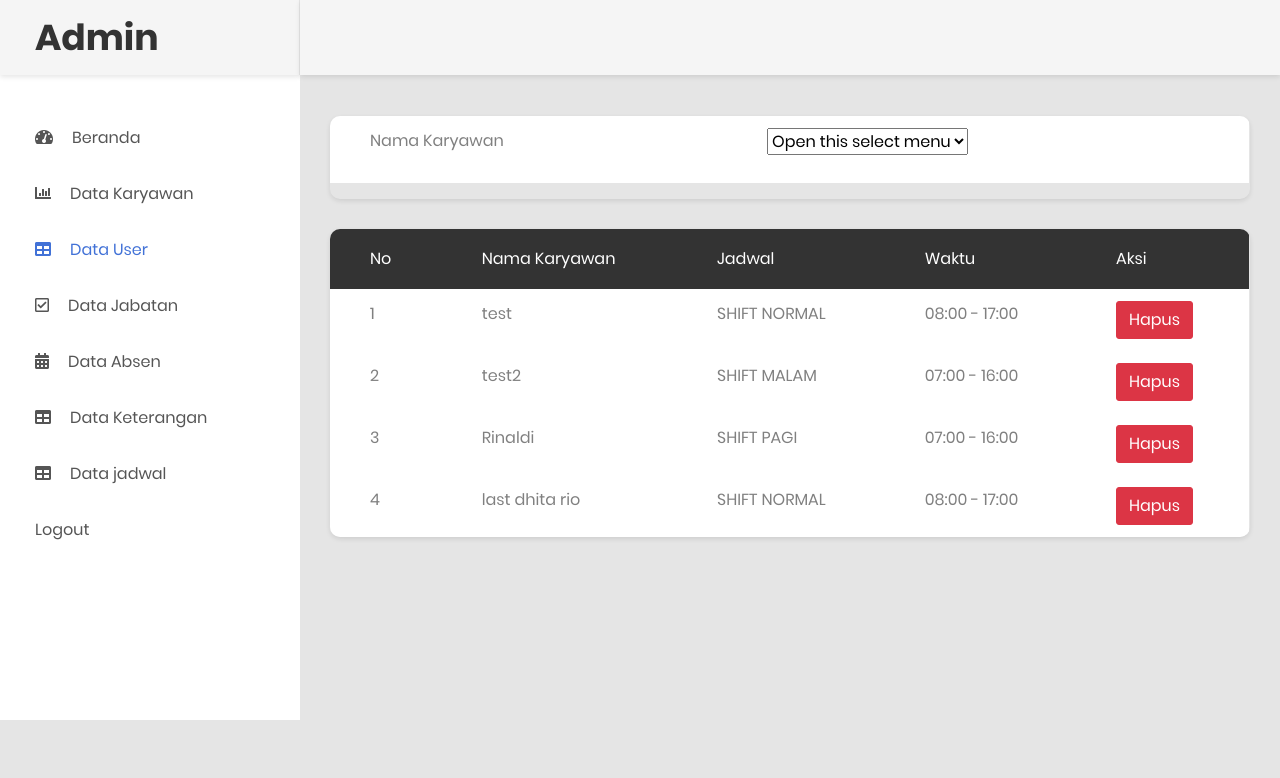
Repository: naldi23bob/Absen2
Page: http://localhost/datajadwal.php
These files come from the project's save history. The page is drawn as it stood at one moment and after the next save; the edit follows.
The browser window is 1280 px wide. The pictures show the whole page.
The page is run by PHP 8.4 with error messages shown; the project is at /var/www/html/. The session is filled in as if someone had signed in: {"idsi": 2, "namasi": "admin", "ttlsi": 1, "jenkelsi": 1, "agamasi": 1, "alamatsi": 1, "teleponsi": 1, "jabatansi": 1, "schedulesi": 1, "fotosi": 1, "username": "admin"}. The database holds what the project's SQL file puts in it.

Above is the page before, as saved 2023-07-23 16:33:07.

After the next save:
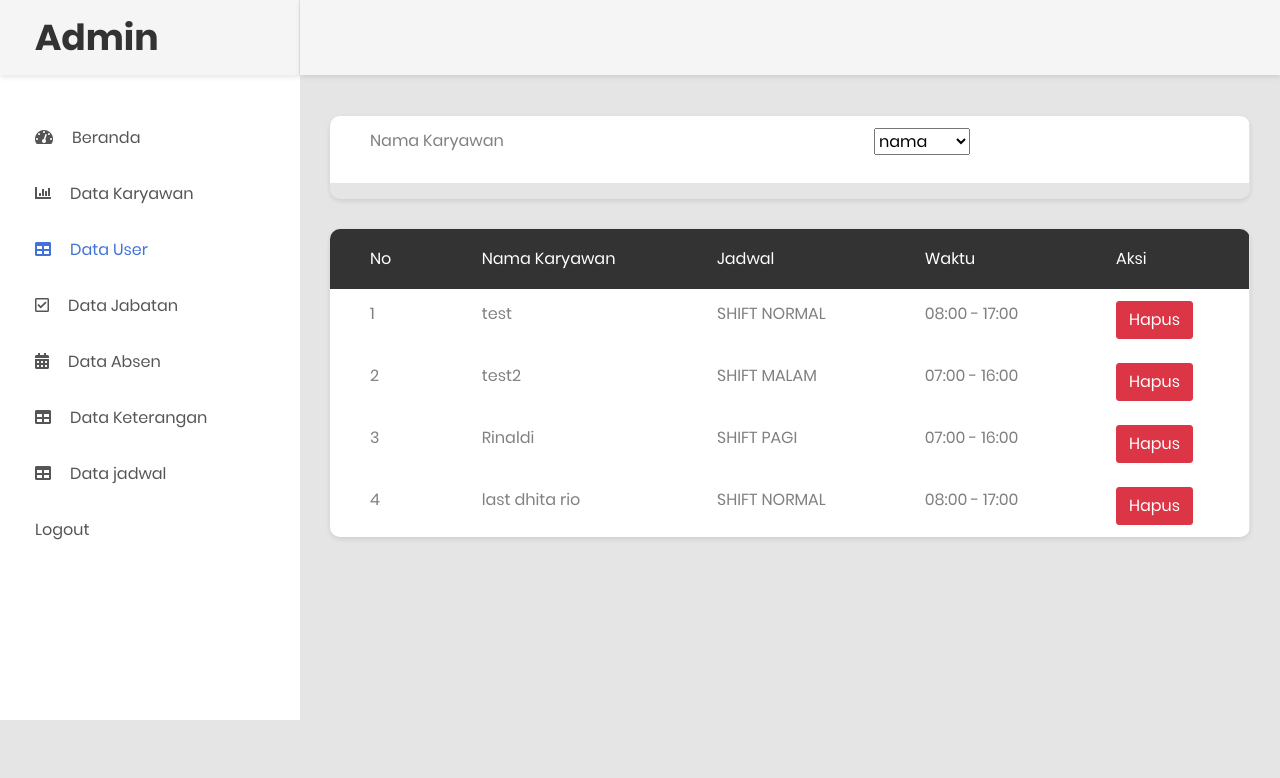
Saved 47 s later.
--- a/datajadwal.php
+++ b/datajadwal.php
@@ -198,10 +198,8 @@ error_reporting(0);
                                                 <td>
                                                     <div class="form-group">
                                                     <select class="form-select" aria-label="Default select example">
-                                                        <option selected>Open this select menu</option>
                                                         <option class="nama">nama</option>
-                                                        <option value="2">Two</option>
-                                                        <option value="3">Three</option>
+                                                        <option value="schedule">schedule</option>
                                                         </select>
                                                     </div>
 
